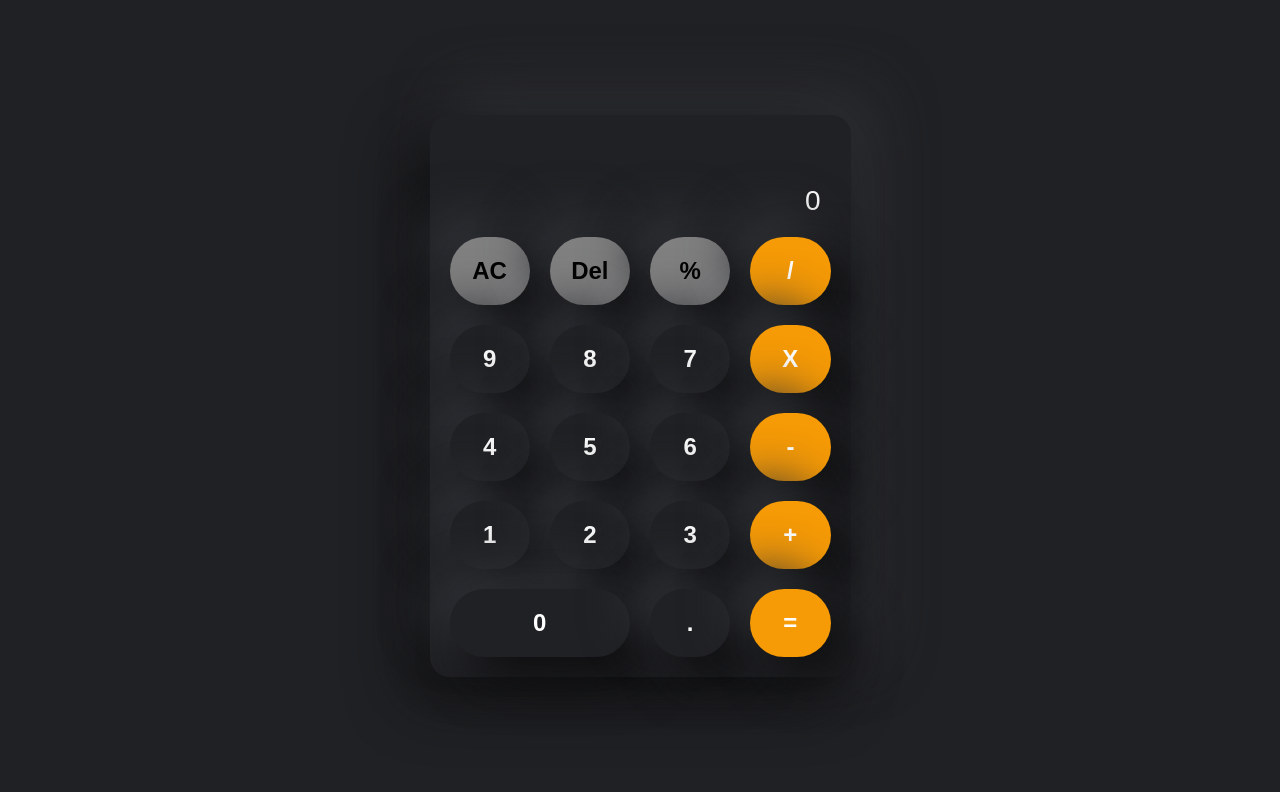
Repository: ble-syn/reactCalculator
Page: /
These files come from the project's save history. The page is drawn as it stood at one moment and after the next save; the edit follows.
The browser window is 1280 px wide. The pictures show the whole page.
The project was rebuilt for these pictures with package versions that can differ from the ones it lists, and the page was loaded fresh each time.

Above is the page before, as saved 2022-10-06 23:06:58.

### src/index.css
*{
  margin: 0;
  box-sizing: border-box;
}

body{
  display: flex;
  justify-content: center;
  align-items: center;
  flex-direction: column;
  background-color: #202124;
  color: #fff;
  margin: 9% auto;
  background: #202124;
}
.container {
  max-width: 1000px;
}
.calculator{
  padding: 20px;
  border-radius: 20px;
  background: #202124;
  box-shadow:  -20px 20px 60px #101112,
             20px -20px 60px #303236;
}
#calculator-display {
  border: none;
  width: 100%;
  text-align: right;
  font-size: 28px;
  padding: 50px 10px 20px;
  color: #fff;
  background-color: #202124;
}
#calculator-display:focus {
  outline: none;
}
#calculator-display::-webkit-input-placeholder {
  color: #fff;
}
.calculator-keys{
  display: grid;
  grid-template-columns: repeat(4, 1fr);
  grid-gap: 20px;
}
button {
  padding: 20px 15px;
  display: grid;
  place-items: center;
  outline: none;
  border-radius: 50px;
  font-weight: 700;
  border: none;
  color: #fff;
  font-size: 24px;
  cursor: pointer;
  background: #202124;
  box-shadow:  20px 20px 50px #0d0d0e,
  -20px -20px 50px #33353a;
}
button:focus {
  background-color: #D1D1D1;
}
.zero {
  grid-column: 1/3;
}
.gray {
  background-color: #808080;
  color: #000;
}
.yellow {
  background-color: #F69A06;
}
.yellow:focus{
  background-color: #ffffff;
  color: #F69A06;
}

### src/App.js
import {useState} from "react";

function App() {
  const [numDisplay, setNumDisplay] = useState("")
  const operators = ["+", "-", "*", "/"]

const numClick = (event) => {
      event.preventDefault()

      let value = event.target.value
      setNumDisplay(numDisplay + value)
}


const deleteNum = () => {
  setNumDisplay(numDisplay.slice(0, -1))
}
const reset = () => {
  setNumDisplay("")
}
const percent = () => {
  setNumDisplay(numDisplay / 100)
}
const equals = () => {
  setNumDisplay(eval(numDisplay))
}

  return (
    <main id="container">
      <div class="calculator">
          <div><input id="calculator-display" type="text" placeholder="0" value={numDisplay} /></div>

        <div class="calculator-keys">

          <button onClick={reset} value=" " class="gray">AC</button>
          <button onClick={deleteNum} value="" class="gray">Del</button>
          <button onClick={percent} value="%" class="gray">%</button>
          <button onClick={numClick} value="/" class="yellow">/</button>
          <button onClick={numClick} value="9">9</button>
          <button onClick={numClick} value="8">8</button>
          <button onClick={numClick} value="7" >7</button>
          <button onClick={numClick} value="*" class="yellow">X</button>
          <button onClick={numClick} value="4">4</button>
          <button onClick={numClick} value="5">5</button>
          <button onClick={numClick} value="6">6</button>
          <button onClick={numClick} value="-" class= "yellow">-</button>
          <button onClick={numClick} value="1">1</button>
          <button onClick={numClick} value="2">2</button>
          <button onClick={numClick} value="3">3</button>
          <button onClick={numClick} value="+" class="yellow">+</button>
          <button onClick={numClick} value="0" class="zero" >0</button>
          <button onClick={numClick} value="." data-action="decimal">.</button>
          <button onClick={equals} value="=" class="yellow">=</button>

        </div>
      </div>
    </main>
  )
}

export default App;

Loaded but not shown: public/index.html (common file); src/index.js (common file); src/reportWebVitals.js (common file)

After the next save:
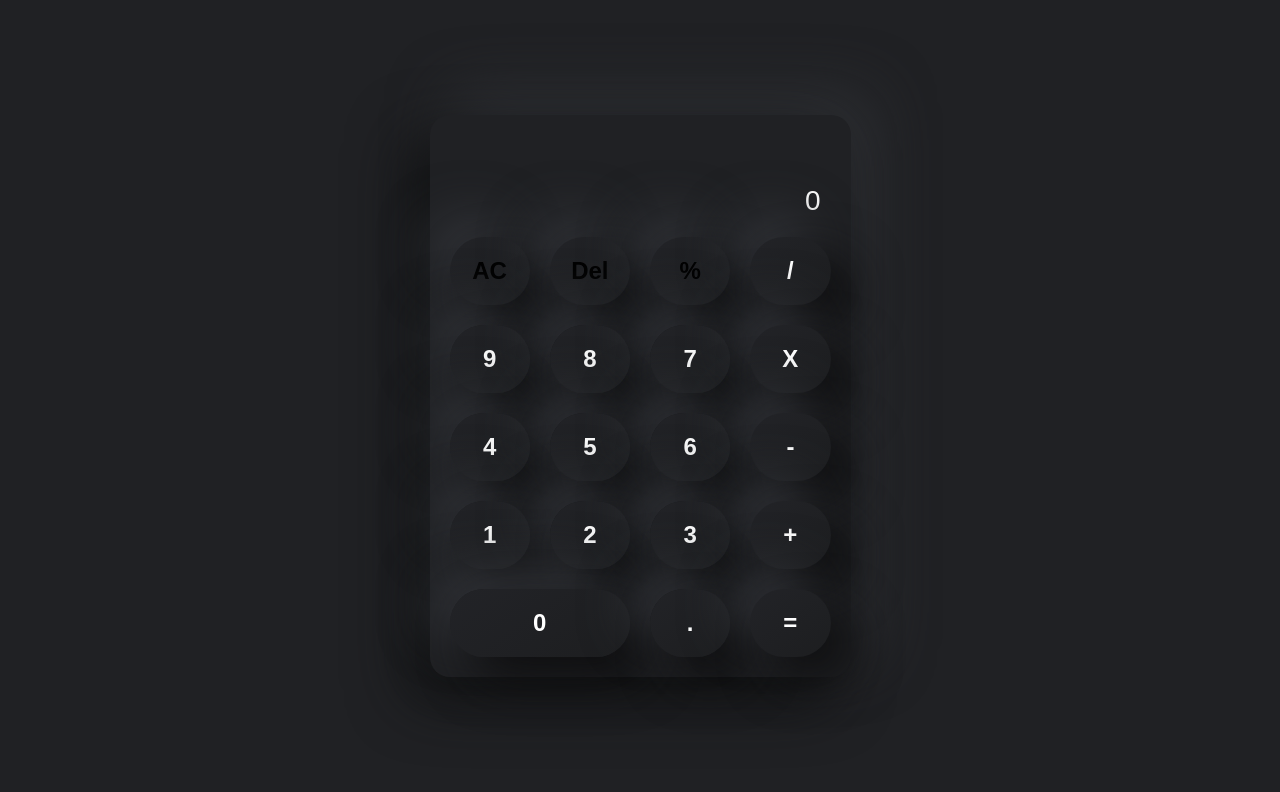
Saved 44 s later.
--- a/src/index.css
+++ b/src/index.css
@@ -55,6 +55,7 @@
   font-size: 24px;
   cursor: pointer;
   background: #202124;
+  background: linear-gradient(145deg, #222327, #1d1e20);
   box-shadow:  20px 20px 50px #0d0d0e,
   -20px -20px 50px #33353a;
 }

After the save that followed:
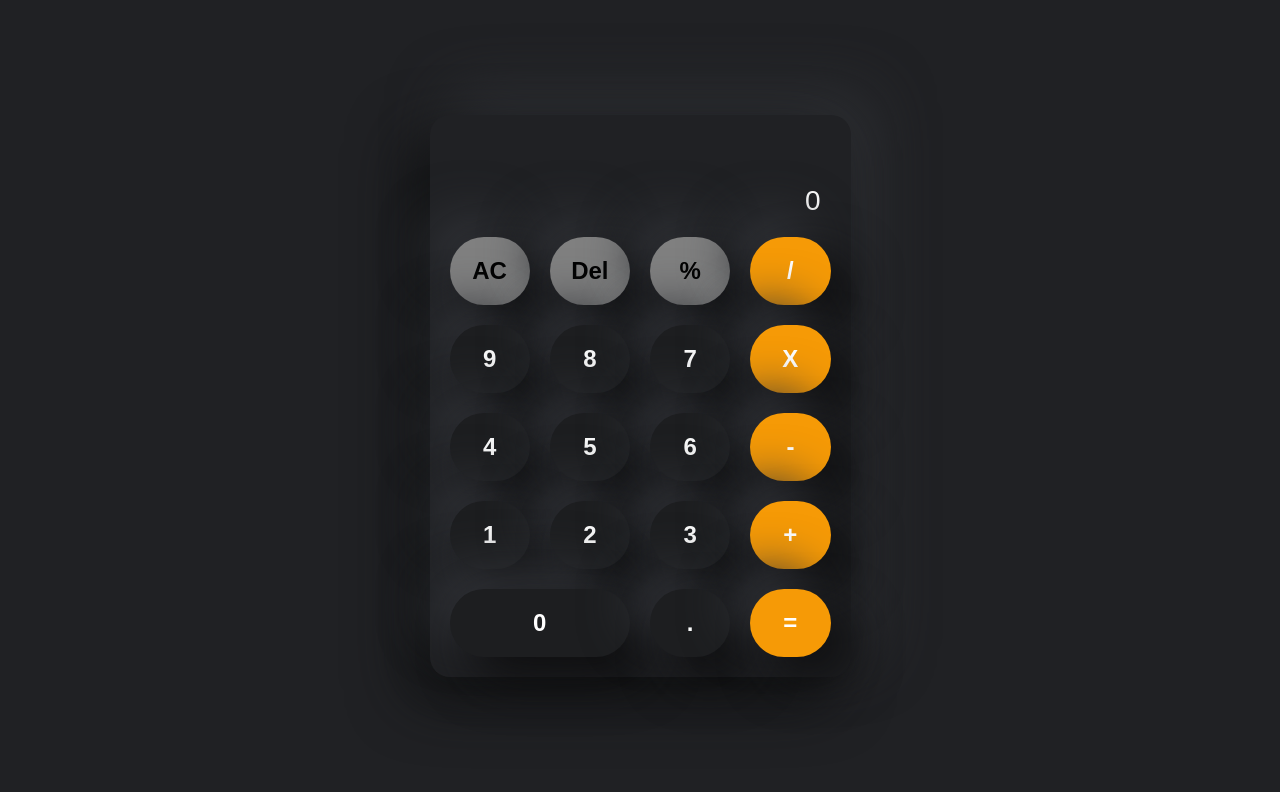
Saved 38 s later.
--- a/src/index.css
+++ b/src/index.css
@@ -54,8 +54,7 @@
   color: #fff;
   font-size: 24px;
   cursor: pointer;
-  background: #202124;
-  background: linear-gradient(145deg, #222327, #1d1e20);
+  background: #1d1e20;
   box-shadow:  20px 20px 50px #0d0d0e,
   -20px -20px 50px #33353a;
 }
